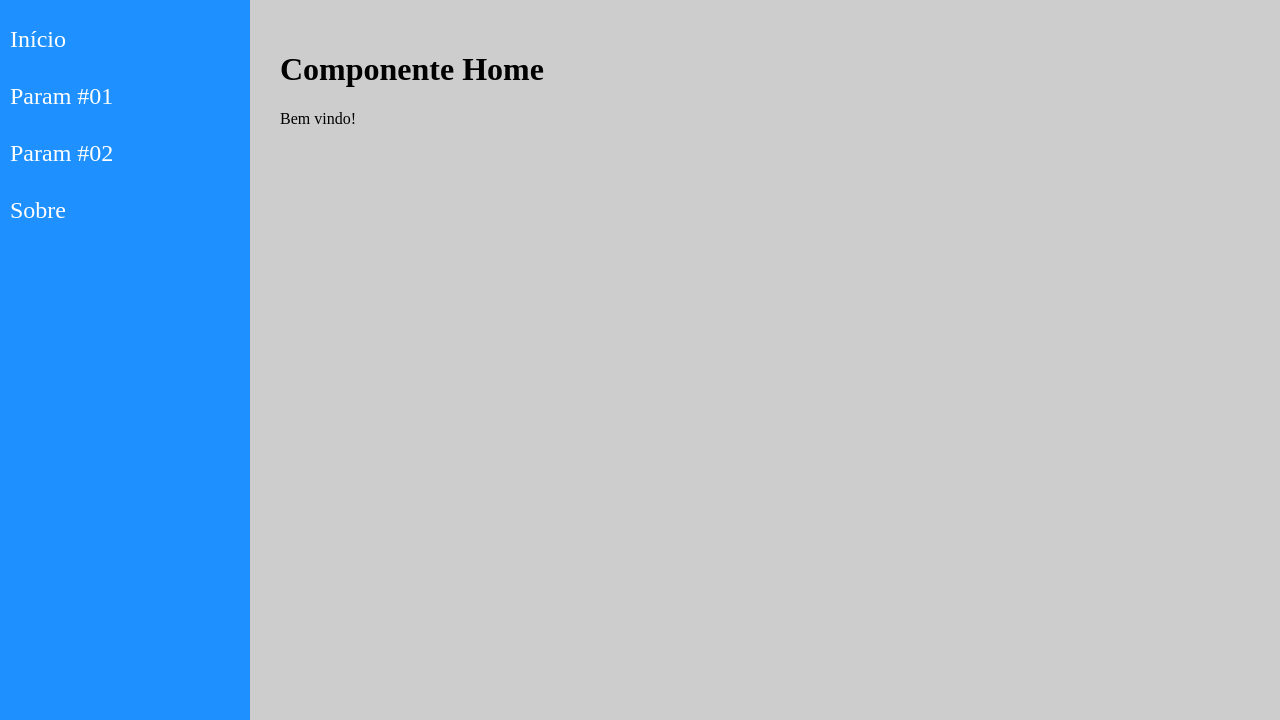
Repository: jean-siqueira/react-navegacao
Page: /
An editor plug-in stored every save of this project. The page is shown before and after the next save, followed by the edit.
The browser window is 1280 px wide. The pictures show the whole page.
The project was rebuilt for these pictures with package versions that can differ from the ones it lists, and the page was loaded fresh each time. Also part of the build but not shown: src/views/examples/About.jsx, src/views/examples/Param.jsx.

Above is the page before, as saved 2023-03-27 19:51:37.

### src/index.js
import './index.css';
import React from "react";
import  ReactDOM  from "react-dom";
import App from "./views/App";

ReactDOM.render(
    <App/>,
    document.getElementById('root')

)

### src/views/App.jsx
import Content from "../components/layout/Content";
import Menu from "../components/layout/Menu";
import "./App.css";
import React from "react";
import { BrowserRouter } from "react-router-dom";

const App = (props) => (
  <div className="App">
    <BrowserRouter>
      <Menu />
      <Content />
    </BrowserRouter>
  </div>
);

export default App;

### src/components/layout/Content.jsx
import "./Content.css";
import React from "react";
import { Routes, Route } from "react-router-dom";
import Home from "../../views/examples/Home";
//import Param from "../../views/examples/Param";
import About from "../../views/examples/About";
import Param from "../../views/examples/Param";
//import NotFound from "../../views/examples/NotFound";

const Content = (props) => (
  <main className="Content">
    <Routes>
      <Route path="/about" element={<About />} />
      <Route path="/param/:id" element={<Param />} />
      <Route path="/" exact element={<Home />} />
      {/*<Route path="*" element={<NotFound />} />*/}
    </Routes>
  </main>
);

export default Content;

### src/components/layout/Menu.jsx
import './Menu.css'
import React from "react";
import { Link } from 'react-router-dom';

const Menu = props => (
    <aside className="Menu">
        <nav>
            <ul>
                <li>
                    <Link to="/">Início</Link>
                </li>
                <li>
                    <Link to="/param/123">Param #01</Link>
                </li>
                <li>
                    <Link to="/param/jean">Param #02</Link>
                </li>
                <li>
                    <Link to="/about">Sobre</Link>
                </li>
            </ul>
        </nav>
    </aside>
)

export default Menu

### src/components/layout/Content.css
.Content {
    display: flex;
    flex-grow: 1;
    background-color: #cdcdcd;
    padding: 30px;
}

### src/views/examples/Home.jsx
import React from "react";

const Home = props => (
    <div className="Home">
        <h1>Componente Home</h1>
        <p>Bem vindo!</p>
    </div>
)

export default Home

### src/components/layout/Menu.css
.Menu {
    display: flex;
    flex-basis: 250px;
    background-color: dodgerblue;
}

.Menu nav {
    flex-grow: 1;
}

.Menu ul {
    list-style: none;
    padding: 0;
}

.Menu li {
    display: flex;
}

.Menu li a {
    flex: 1;
    padding: 10px;
    margin-bottom: 10px;

    text-decoration: none;
    color: #fff;
    font-size: 1.5rem;
}

.Menu li a:hover{
    background-color: #00000020;
}

Loaded but not shown: public/index.html (common file); src/index.css (common file); src/views/App.css (common file)

After the next save:
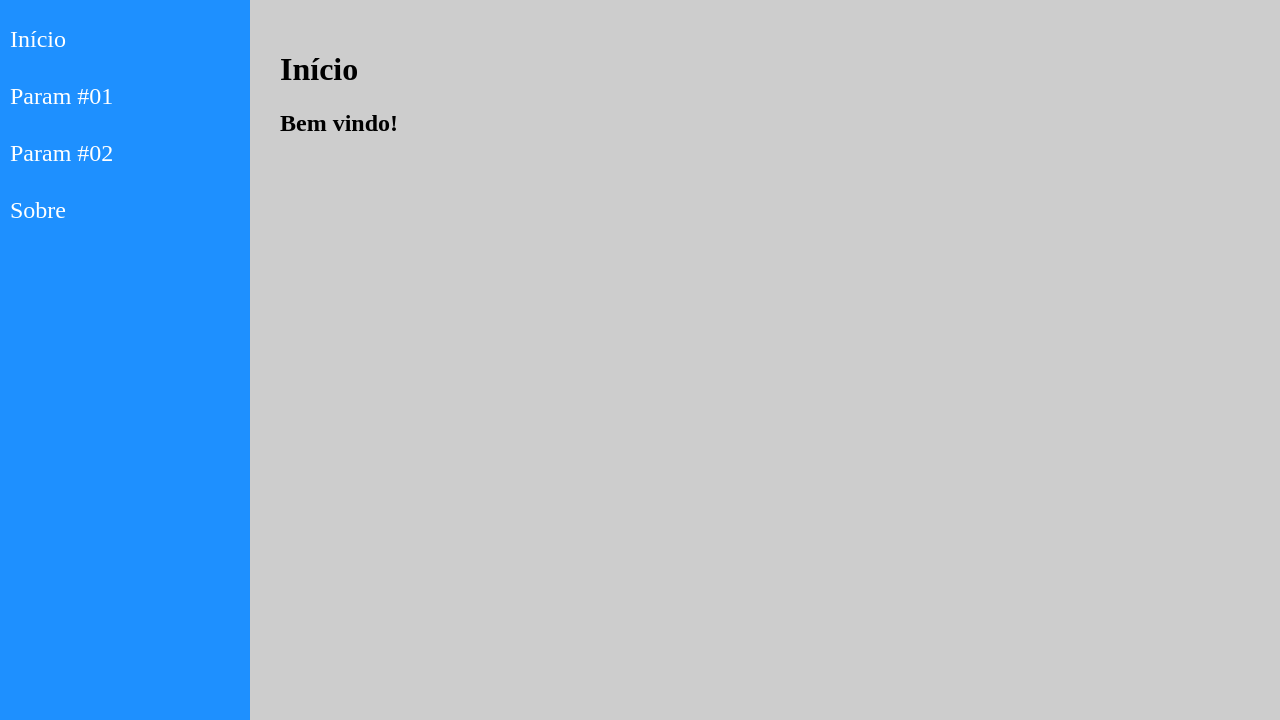
Saved 8 s later.
--- a/src/views/examples/Home.jsx
+++ b/src/views/examples/Home.jsx
@@ -2,8 +2,8 @@ import React from "react";
 
 const Home = props => (
     <div className="Home">
-        <h1>Componente Home</h1>
-        <p>Bem vindo!</p>
+        <h1>Início</h1>
+        <h2>Bem vindo!</h2>
     </div>
 )
 
